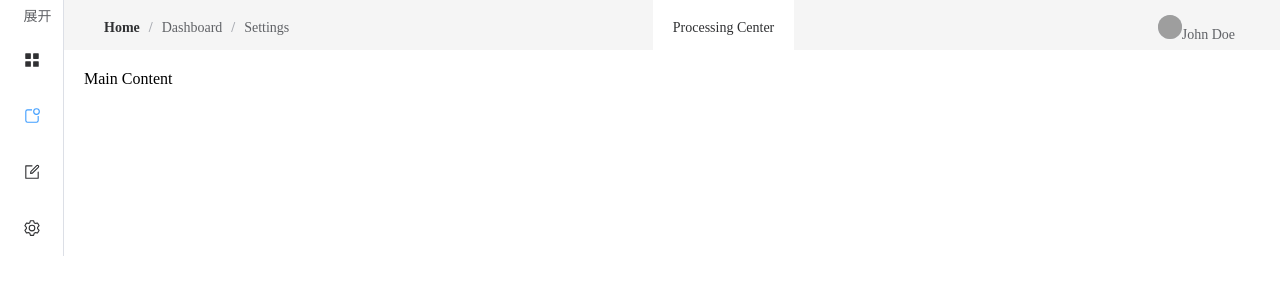
Repository: IsHexx/VerityX
Page: /home (app in front/)
These files come from the project's save history. The page is drawn as it stood at one moment and after the next save; the edit follows.
The browser window is 1280 px wide. The pictures show the whole page.
Pictures or frames that could not be fetched are drawn as grey boxes. The project was rebuilt for these pictures with package versions that can differ from the ones it lists, and the page was loaded fresh each time. Also part of the build but not shown: front/vue.config.js, front/src/components/UserlLogin.vue.

Above is the page before, as saved 2024-10-08 17:55:42.

After the next save:
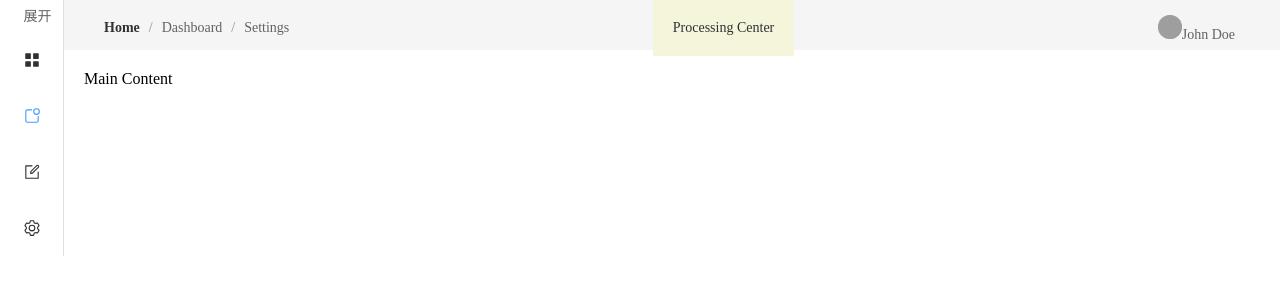
Saved 18 s later.
--- a/front/src/components/CommonHeader.vue
+++ b/front/src/components/CommonHeader.vue
@@ -65,6 +65,7 @@
 .el-menu-demo{
   height: 85%;
   border: 0px;
+  background-color: beige;
 }
 .user-menu {
   display: flex;

After the save that followed:
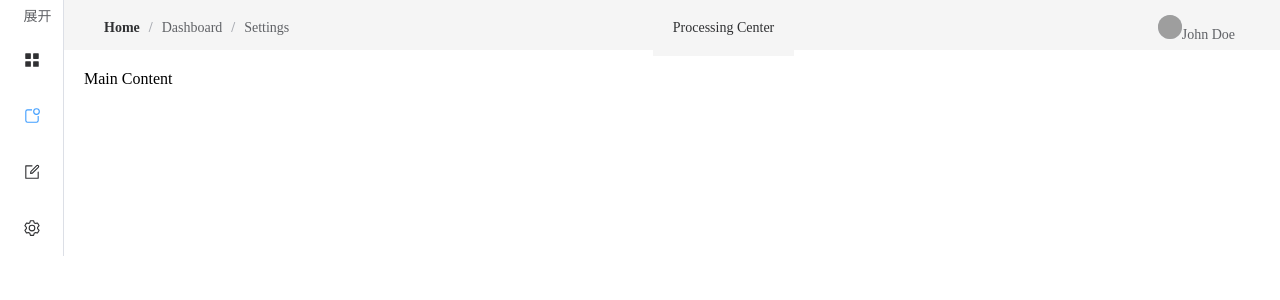
Saved 12 s later.
--- a/front/src/components/CommonHeader.vue
+++ b/front/src/components/CommonHeader.vue
@@ -65,7 +65,7 @@
 .el-menu-demo{
   height: 85%;
   border: 0px;
-  background-color: beige;
+  background-color: #f5f5f5;
 }
 .user-menu {
   display: flex;
